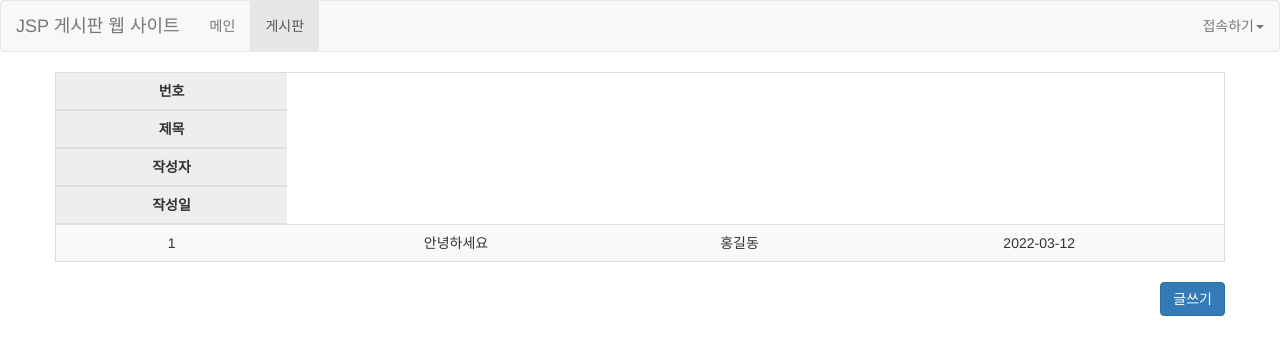
Repository: kkdk1116/JSP_Test
Page: http://localhost/BBS/bbs.jsp
An editor plug-in stored every save of this project. The page is shown before and after the next save, followed by the edit.
The browser window is 1280 px wide. The pictures show the whole page.
Some web libraries are served in a nearby version. The page is served by Tomcat 9. Other server files are loaded and not shown.

Above is the page before, as saved 2022-03-12 03:45:09.

### BBS/WebContent/bbs.jsp
<%@ page language="java" contentType="text/html; charset=UTF-8"
    pageEncoding="UTF-8"%>
<%@ page import="java.io.PrintWriter" %>
<!DOCTYPE html>
<html>
<head>
<meta charset="UTF-8">
<meta name="viewport" content="width=device-width", initial-scale="1">
<link rel="stylesheet" href="css/bootstrap.min.css">
<title>JSP 게시판 웹 사이트</title>
</head>
<body>
	<%
		String userID = null;
		if(session.getAttribute("userID") != null) {
			userID = (String) session.getAttribute("userID");
		}
	%>
	<nav class="navbar navbar-default">
  		<div class="navbar-header">
   			<button type="button" class="navbar-toggle collapsed"
  				data-toggle="collapse" data-target="#bs-example-navbar-collapse-1"
    			aria-expanded="false">
    			<span class="icon-bar"></span>
    			<span class="icon-bar"></span>
    			<span class="icon-bar"></span>
  			</button>
  			<a class="navbar-brand" href="main.jsp">JSP 게시판 웹 사이트</a>
		</div>
		<div class="collapse navbar-collapse" id="bs-example-navbar-collapse-1">
			<ul class="nav navbar-nav">
				<li><a href="main.jsp">메인</a></li>
				<li class="active"><a href="bbs.jsp">게시판</a></li>
			</ul>
			<%
				if(userID == null) {
			%>
			<ul class="nav navbar-nav navbar-right">
				<li class="dropdown">
					<a href="#" class="dropdown-toggle"
						data-toggle="dropdown" role="button" aria-haspopup="true"
						aria-expanded="false">접속하기<span class="caret"></span></a>
					<ul class="dropdown-menu">
						<li><a href="login.jsp">로그인</a></li>
						<li><a href="join.jsp">회원가입</a></li>
					</ul>
				</li>
			</ul>
			<%
				} else {
			%>
			<ul class="nav navbar-nav navbar-right">
				<li class="dropdown">
					<a href="#" class="dropdown-toggle"
						data-toggle="dropdown" role="button" aria-haspopup="true"
						aria-expanded="false">회원관리<span class="caret"></span></a>
					<ul class="dropdown-menu">
						<li><a href="logoutAction.jsp">로그아웃</a></li>
					</ul>
				</li>
			</ul>
			<%
				}
			%>
		</div>
	</nav>
	<div class="container">
		<div class="row">
			<table class="table table-striped" style="text-align: center; border: 1px solid #dddddd">
				<thead>
					<tr>
						<th style="background-color: #eeeeee; text-align: center;">번호</tr>
						<th style="background-color: #eeeeee; text-align: center;">제목</tr>
						<th style="background-color: #eeeeee; text-align: center;">작성자</tr>
						<th style="background-color: #eeeeee; text-align: center;">작성일</tr>
					</tr>
				</thead>
				<tbody>
					<tr>
						<td>1</td>
						<td>안녕하세요</td>
						<td>홍길동</td>
						<td>2022-03-12</td>
					</tr>
				</tbody>
			</table>
			<a href="write.jsp" class="btn btn-primary pull-right">글쓰기</a>
		</div>
	</div>
	<script src="https://code.jquery.com/jquery-3.1.1.min.js"></script>
	<script src="js/bootstrap.js"></script>
</body>
</html>

Loaded but not shown: BBS/WebContent/css/bootstrap.min.css (library); BBS/WebContent/js/bootstrap.js (library)

After the next save:
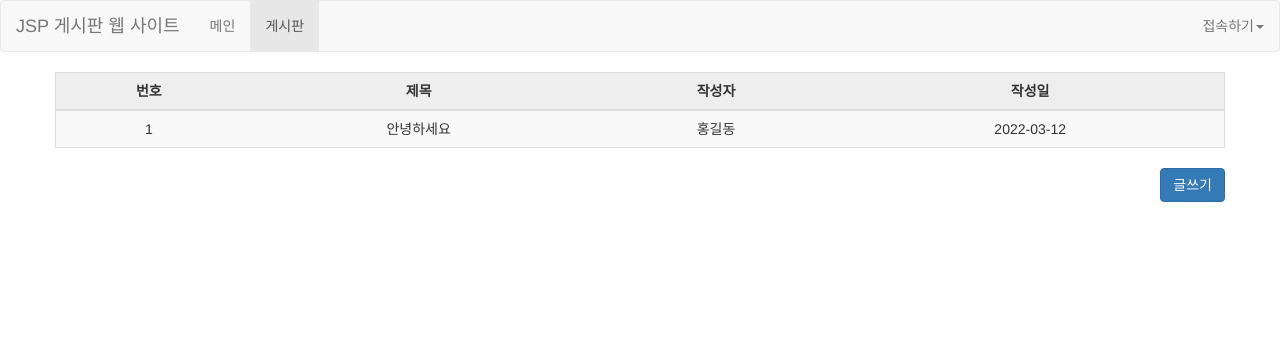
Saved 104 s later.
--- a/BBS/WebContent/bbs.jsp
+++ b/BBS/WebContent/bbs.jsp
@@ -69,10 +69,10 @@
 			<table class="table table-striped" style="text-align: center; border: 1px solid #dddddd">
 				<thead>
 					<tr>
-						<th style="background-color: #eeeeee; text-align: center;">번호</tr>
-						<th style="background-color: #eeeeee; text-align: center;">제목</tr>
-						<th style="background-color: #eeeeee; text-align: center;">작성자</tr>
-						<th style="background-color: #eeeeee; text-align: center;">작성일</tr>
+						<th style="background-color: #eeeeee; text-align: center;">번호</th>
+						<th style="background-color: #eeeeee; text-align: center;">제목</th>
+						<th style="background-color: #eeeeee; text-align: center;">작성자</th>
+						<th style="background-color: #eeeeee; text-align: center;">작성일</th>
 					</tr>
 				</thead>
 				<tbody>
